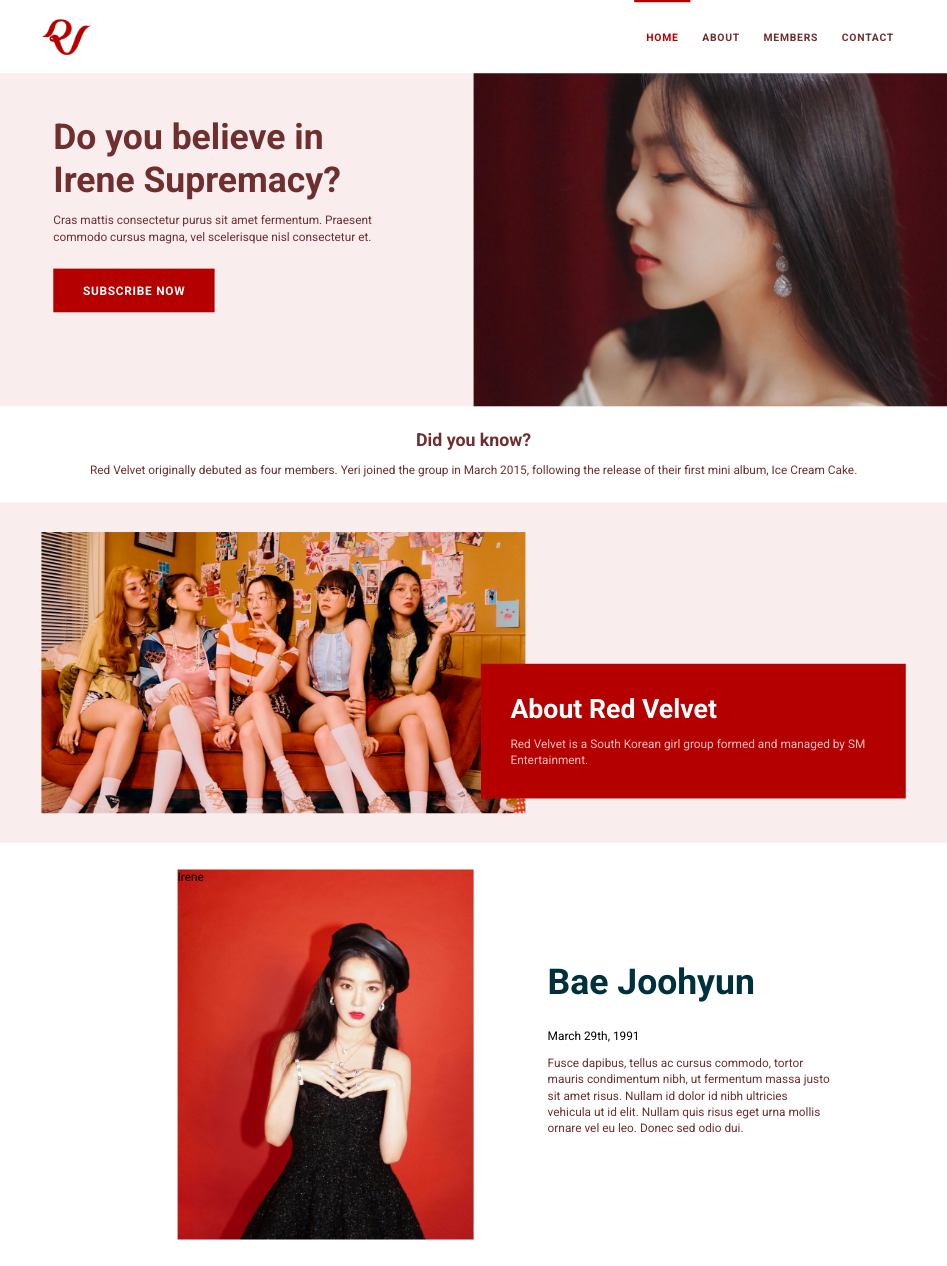
Repository: stillnotdavid/eternity-university
Page: app/index.html
The author's editor kept a copy of each file at every save. The page is drawn from the files as they stood at one save, then again after the next save.
The browser window is 1280 px wide. The pictures show the whole page, at 74% of full size.
The style sheet was rebuilt from its Sass, Less or Tailwind sources for each picture, by a compiler version that may differ from the author's.

Above is the page before, as saved 2021-12-05 20:40:22.

### app/index.html
<!doctype html>
<html class="no-js" lang="">

<head>
  <meta charset="utf-8">
  <meta name="description" content="">

  <meta name="viewport" content="width=device-width, initial-scale=1, shrink-to-fit=no">
  <title>Red Velvet Fansite</title>
  <link rel="apple-touch-icon" href="apple-touch-icon.png">
  <!-- Place favicon.ico in the root directory -->
  <!-- build:css styles/vendor.css -->
  <!-- endbuild -->
  <!-- build:css styles/main.css -->
  <link rel="stylesheet" href="styles/main.css">
  <!-- endbuild -->
  <!-- build:js scripts/modernizr.js -->
  <script src="scripts/modernizr.js"></script>
  <!-- endbuild -->
</head>

<body>
  <!--[if IE]>
      <p class="browserupgrade">You are using an <strong>outdated</strong> browser. Please <a href="http://browsehappy.com/">upgrade your browser</a> to improve your experience.</p>
    <![endif]-->
  <header class="header">
    <div class="container header__container">
      <a class="header__logo" href="#"><img class="header__logo-image" src="images/logo.png"
          alt="Red Velvet Logo" /></a>
      <nav class="header__nav">
        <ul class="header__nav-links">
          <li class="header__nav-item">
            <a class="header__nav-link header__nav-link--active" href="">Home</a>
          </li>
          <li class="header__nav-item">
            <a class="header__nav-link" href="">About</a>
          </li>
          <li class="header__nav-item">
            <a class="header__nav-link" href="">Members</a>
          </li>
          <li class="header__nav-item">
            <a class="header__nav-link" href="">Contact</a>
          </li>
        </ul>
      </nav>
    </div>
  </header>
  <section class="hero">
    <div class="container--half">
      <div class="hero__cta">
        <h1>Do you believe in Irene Supremacy?</h1>
        <p>Cras mattis consectetur purus sit amet fermentum. Praesent commodo cursus magna,
          vel scelerisque nisl
          consectetur et.</p>
        <a class="button-primary" href="">Subscribe Now</a>
      </div>
    </div>
    <div class="hero__image">
    </div>
  </section>
  <section class="trivia">
    <div class="container trivia__container">
      <div class="trivia__title">Did you know?</div>
      <p class="no-margin--bottom">Red Velvet originally debuted as four members. Yeri joined the group in March 2015,
        following the release of
        their first mini album, Ice Cream Cake.</p>
    </div>
  </section>
  <section class="about">
    <div class="container about__container">
      <img class="about__image" src="images/group.png" alt="Red Velvet Sitting!">
      <div class="about__text">
        <h2>About Red Velvet</h2>
        <p class="light">Red Velvet is a South Korean girl group formed and managed by SM Entertainment.</p>
      </div>
    </div>
  </section>
  <section class="members">
    <div class="container members__container">
      <div class="member member__irene">
        <div class="member__photo">
          <div class="member__photo-image">
            Irene
          </div>
        </div>
        <div class="member__info">
          <h3>Bae Joohyun</h3>
          <div class="member__info-birthdate">
            March 29th, 1991
          </div>
          <p>Fusce dapibus, tellus ac cursus commodo, tortor mauris condimentum nibh, ut fermentum massa justo sit amet
            risus. Nullam id dolor id nibh ultricies vehicula ut id elit. Nullam quis risus eget urna mollis ornare vel
            eu
            leo. Donec sed odio dui.</p>
        </div>
      </div>
    </div>
  </section>

  <!-- build:js scripts/vendor.js -->
  <!-- endbuild -->
  <!-- build:js scripts/main.js -->
  <script src="scripts/main.js"></script>
  <!-- endbuild -->
</body>

</html>

### app/styles/main.scss
@import 'partials/colors';
@import 'partials/spacing';
@import 'partials/typography';
@import 'partials/utilities';

@import 'components/button';
@import 'components/header';
@import 'components/hero';
@import 'components/trivia';
@import 'components/about';
@import 'components/members';


* {
  box-sizing: border-box;
}

html,
body {
  padding: 0;
  margin: 0;
}

.container {
  display: flex;
  width: 100%;
  max-width: 1200px;
  margin: 0 auto;
  padding: 0 $spacing-large;

  &--half {
    width: 100%;
    max-width: 600px;
    margin-left: auto;
    padding: 0 $spacing-xlarge;
  }
}

### app/styles/partials/_colors.scss
$color-primary: #B50000;
$color-secondary: #6F2F2F;
$color-tertiary: #00303B;

$background-primary: #F9EDED;


$colors: ("primary": $color-primary,
  "secondary": $color-secondary);


@each $name,
$color in $colors {
  .background {

    &--#{$name} {
      background-color: #{$color};
    }
  }
}

@each $name,
$color in $colors {
  .color {

    &--#{$name} {
      color: #{$color} !important;
    }
  }
}

### app/styles/partials/_spacing.scss
$spacing-xsmall: 2px;
$spacing-small: 4px;
$spacing-medium: 8px;
$spacing-large: 16px;
$spacing-xlarge: 32px;

### app/styles/partials/_typography.scss
@import url('https://fonts.googleapis.com/css2?family=Roboto:wght@400;500;700&display=swap');


body,
html {
  font-family: 'Roboto', sans-serif;
}


$font-small: 14px;
$font-medium: 16px;
$font-large: 18px;
$font-xlarge: 24px;
$font-xxxlarge: 48px;

$font-regular: 400;
$font-bold: 700;


h1 {
  font-size: $font-xxxlarge;
  font-weight: $font-bold;
  color: $color-secondary;
  margin: $spacing-medium 0;
}

h2 {
  font-size: 36px;
  margin: 0;
}

h3 {
  font-size: 48px;
  margin: 0 0 36px 0;
  color: $color-tertiary;
}

h4 {
  font-size: $font-large;
  font-weight: $font-bold;
  color: $color-tertiary;
}

p {
  font-size: $font-medium;
  color: $color-secondary;
  line-height: 22px;

  &.light {
    color: rgba(255, 255, 255, .75);
  }
}

### app/styles/partials/_utilities.scss
$sides: top,
bottom,
left,
right;

@each $side in $sides {
  .no-margin {
    margin: 0;

    &--#{$side} {
      margin-#{$side}: 0;
    }
  }
}

@each $side in $sides {
  .no-padding {
    padding: 0;

    &--#{$side} {
      padding-#{$side}: 0;
    }
  }
}

### app/styles/components/_button.scss
.button-primary {
  display: inline-block;
  background-color: $color-primary;
  padding: 20px 40px;
  text-decoration: none;
  color: white;
  font-size: $font-medium;
  font-weight: $font-bold;
  text-transform: uppercase;
  letter-spacing: 1px;
  margin: $spacing-large 0;
}

### app/styles/components/_header.scss
$_logo-height: 50px;


.header {

  &__container {
    justify-content: space-between;
  }

  &__logo {
    display: flex;
    align-items: center;

    &-image {
      height: $_logo-height;
    }
  }

  &__nav {

    &-links {
      display: flex;
      list-style-type: none;
      padding: 0;
      margin: 0;
    }

    &-item {
      display: flex;
    }

    &-link {
      padding: 40px $spacing-large;
      text-decoration: none;
      color: $color-secondary;
      text-transform: uppercase;
      font-size: $font-small;
      font-weight: $font-bold;
      letter-spacing: 1px;
      border-top: 3px solid transparent;

      &:hover,
      &--active {
        color: $color-primary;
        border-top: 3px solid $color-primary;
      }
    }
  }
}

### app/styles/components/_hero.scss
$_hero-height: 450px;

.hero {
  height: $_hero-height;
  background: $background-primary;
  display: flex;

  &__container {
    align-items: center;
  }

  &__cta {
    flex: 0 0 50%;
    padding: 50px 100px 50px 0;
  }

  &__image {
    flex: 0 0 50%;
    height: 100%;
    background-image: url('../../images/hero.jpeg');
    background-size: cover;
    background-position: center center;
  }
}

### app/styles/components/_trivia.scss
.trivia {
  text-align: center;
  padding: $spacing-xlarge;

  &__container {
    flex-direction: column;
  }

  &__title {
    font-size: $font-xlarge;
    font-weight: $font-bold;
    color: $color-secondary;
  }
}

### app/styles/components/_about.scss
.about {
  background: $background-primary;
  padding: 40px 0;

  &__container {
    align-items: flex-end;
  }

  &__image {
    height: 380px;
  }

  &__text {
    background: $color-primary;
    color: white;
    padding: 40px;
    margin-left: -60px;
    margin-bottom: 20px;

    p {
      margin-bottom: 0;
    }
  }
}

### app/styles/components/_members.scss
.member {
  display: flex;
  align-items: center;

  &__photo {
    flex: 0 1 50%;
    display: flex;
    padding: 36px 0 36px 36px;

    &-image {
      height: 500px;
      width: 400px;
      background-image: url('../../images/member__irene.jpeg');
      background-size: cover;
      background-position: center center;
      margin-left: auto;
    }
  }

  &__info {
    flex: 0 1 50%;
    padding: 100px;
  }
}

Loaded but not shown: app/scripts/main.js (common file)

After the next save:
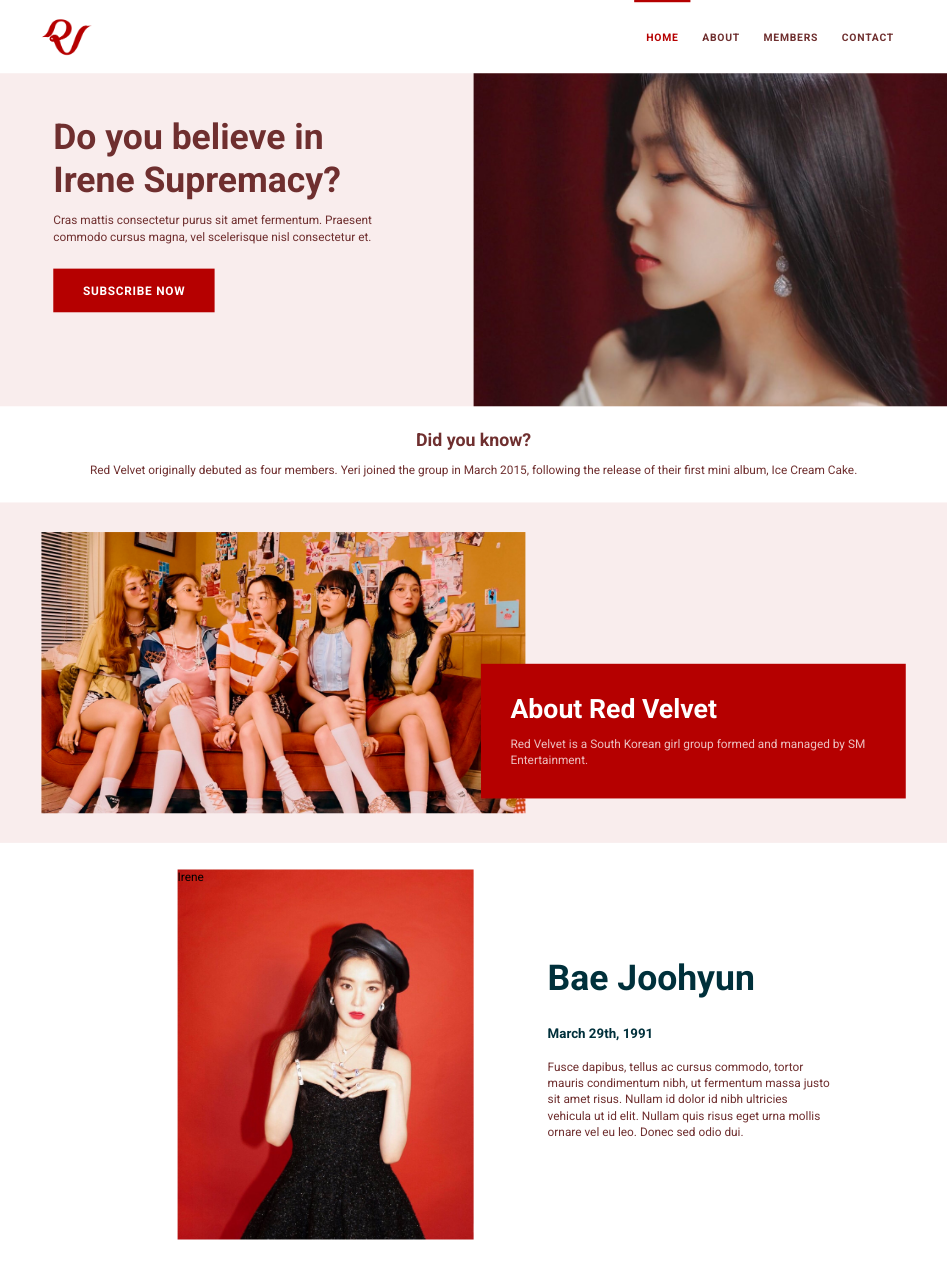
Saved 11 s later.
--- a/app/index.html
+++ b/app/index.html
@@ -85,9 +85,9 @@
         </div>
         <div class="member__info">
           <h3>Bae Joohyun</h3>
-          <div class="member__info-birthdate">
+          <h4 class="member__info-birthdate">
             March 29th, 1991
-          </div>
+          </h4>
           <p>Fusce dapibus, tellus ac cursus commodo, tortor mauris condimentum nibh, ut fermentum massa justo sit amet
             risus. Nullam id dolor id nibh ultricies vehicula ut id elit. Nullam quis risus eget urna mollis ornare vel
             eu
